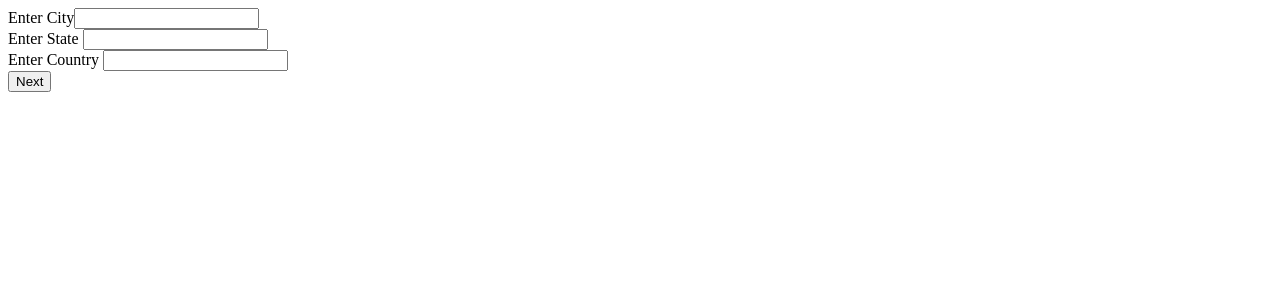
Repository: vinayingalahalli/java_batch1_revature
Page: revature_java/cookie_demo/WebContent/two.html
An editor plug-in stored every save of this project. The page is shown before and after the next save, followed by the edit.
The browser window is 1280 px wide. The pictures show the whole page.

Above is the page before, as saved 2019-09-12 14:08:20.

After the next save:
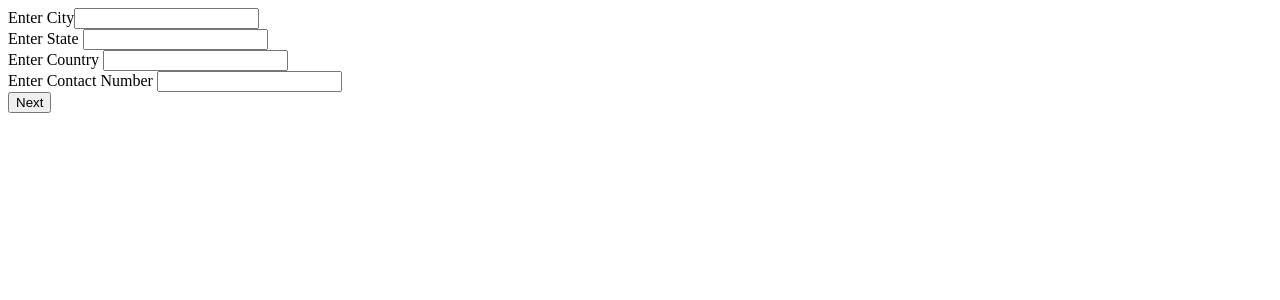
Saved 11 s later.
--- a/revature_java/cookie_demo/WebContent/two.html
+++ b/revature_java/cookie_demo/WebContent/two.html
@@ -9,6 +9,7 @@
 Enter City<input type="text" name="city"/><br/>
 Enter State <input type="text" name="state"/><br/>
 Enter Country <input type="text" name="country"/><br/>
+Enter Contact Number <input type="number" name="contact"/><br/>
 <input type="submit" value="Next">
 </form>
 </body>
